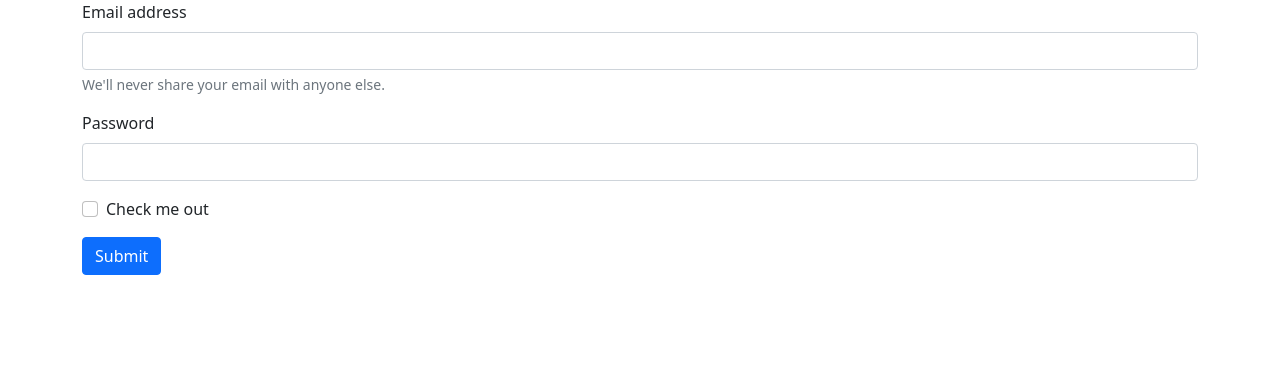
Repository: SHASHIDHAR-as/Spring
Page: spring-jsp-servelets/webapp/Webapp1/src/main/webapp/Index.html
The author's editor kept a copy of each file at every save. The page is drawn from the files as they stood at one save, then again after the next save.
The browser window is 1280 px wide. The pictures show the whole page.

Above is the page before, as saved 2024-07-30 10:50:39.

After the next save:
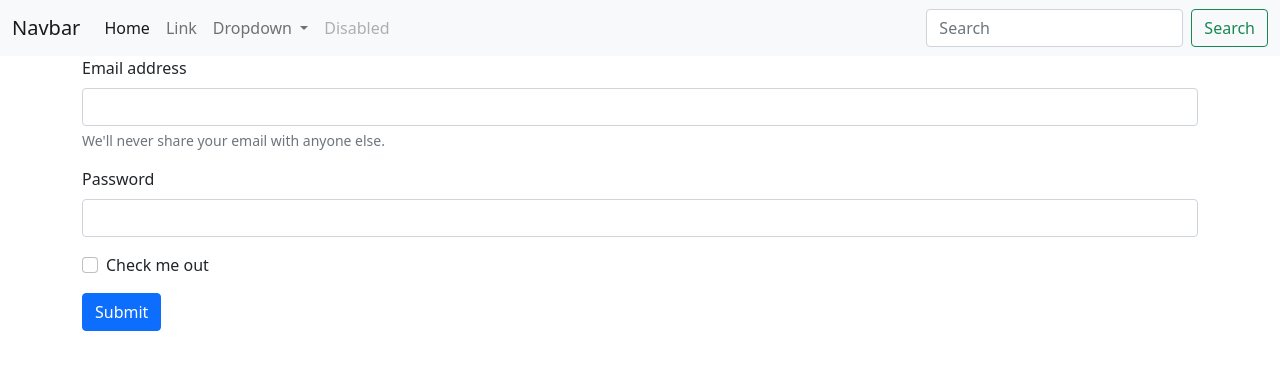
Saved 5 min 1 s later.
--- a/spring-jsp-servelets/webapp/Webapp1/src/main/webapp/Index.html
+++ b/spring-jsp-servelets/webapp/Webapp1/src/main/webapp/Index.html
@@ -11,6 +11,44 @@
     <title>Hello, world!</title>
   </head>
   <body>
+  		<div  class="header">
+		  		<nav class="navbar navbar-expand-lg navbar-light bg-light">
+		  <div class="container-fluid">
+		    <a class="navbar-brand" href="#">Navbar</a>
+		    <button class="navbar-toggler" type="button" data-bs-toggle="collapse" data-bs-target="#navbarSupportedContent" aria-controls="navbarSupportedContent" aria-expanded="false" aria-label="Toggle navigation">
+		      <span class="navbar-toggler-icon"></span>
+		    </button>
+		    <div class="collapse navbar-collapse" id="navbarSupportedContent">
+		      <ul class="navbar-nav me-auto mb-2 mb-lg-0">
+		        <li class="nav-item">
+		          <a class="nav-link active" aria-current="page" href="#">Home</a>
+		        </li>
+		        <li class="nav-item">
+		          <a class="nav-link" href="#">Link</a>
+		        </li>
+		        <li class="nav-item dropdown">
+		          <a class="nav-link dropdown-toggle" href="#" id="navbarDropdown" role="button" data-bs-toggle="dropdown" aria-expanded="false">
+		            Dropdown
+		          </a>
+		          <ul class="dropdown-menu" aria-labelledby="navbarDropdown">
+		            <li><a class="dropdown-item" href="#">Action</a></li>
+		            <li><a class="dropdown-item" href="#">Another action</a></li>
+		            <li><hr class="dropdown-divider"></li>
+		            <li><a class="dropdown-item" href="#">Something else here</a></li>
+		          </ul>
+		        </li>
+		        <li class="nav-item">
+		          <a class="nav-link disabled" href="#" tabindex="-1" aria-disabled="true">Disabled</a>
+		        </li>
+		      </ul>
+		      <form class="d-flex">
+		        <input class="form-control me-2" type="search" placeholder="Search" aria-label="Search">
+		        <button class="btn btn-outline-success" type="submit">Search</button>
+		      </form>
+		    </div>
+		  </div>
+		</nav>
+  		</div>
 	    <form class="container">
 	  <div class="mb-3">
 	    <label for="exampleInputEmail1" class="form-label">Email address</label>
